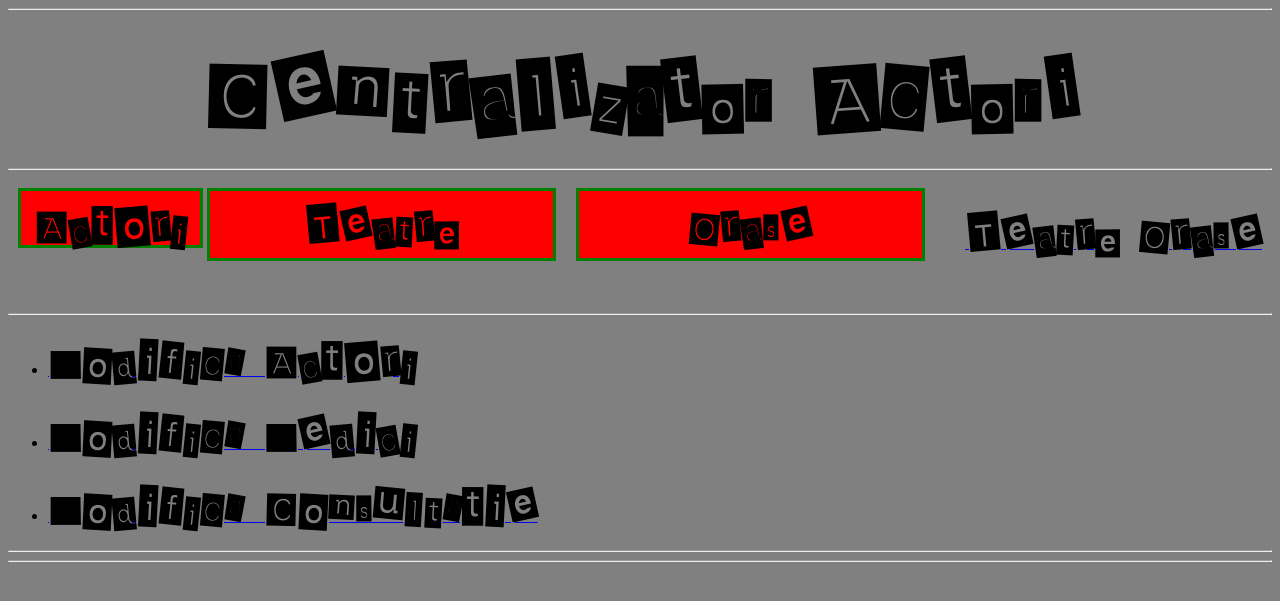
Repository: SusStefan/ActorDB
Page: Actori/src/main/webapp/index.html
The author's editor kept a copy of each file at every save. The page is drawn from the files as they stood at one save, then again after the next save.
The browser window is 1280 px wide. The pictures show the whole page.

Above is the page before, as saved 2025-12-12 21:41:20.

### Actori/src/main/webapp/index.html
<!DOCTYPE html>
<!--
To change this license header, choose License Headers in Project Properties.
To change this template file, choose Tools | Templates
and open the template in the editor.
-->
<html>
 <head>
 <title>ACTORIDB</title>
 <meta charset="UTF-8">
 <meta name="viewport" content="width=device-width, initial-scale=1.0">
 </head>
 <body>
  <hr>
 <h1 id="titlu"><b>Centralizator Actori</b></h1>
  <hr>
 <div id="butholder">
 <a href="tabela_actori.jsp">
 	<div class="cssbutton "id="Butactori"><b class="sway-text"><strong>Actori</strong></b></div>
 </a>

 <div class="cssbutton "id="Butteatre"><b><strong>Teatre</strong></b></div>
 <div class="cssbutton "id="Butorase"><b><strong>Orase</strong></b></div>
 <p> </p>
 <p> <a href="tabela_teatre.jsp"><b><strong>Teatre</strong></b></a></p>
 <p> <a href="tabela_orase.jsp"><b><strong>Orase</strong></b></a></p>
 </div>
 <br/>
 <hr>
 <ul>
 <li><a href="modifica_Pacient.jsp"><b><strong>Modifica Actori</strong></b></a></li>
 </ul>
 <ul>
 <li><a href="modifica_Medic.jsp"><b><strong>Modifica Medici</strong></b></a></li>
 </ul>
 <ul>
 <li><a href="modifica_Consultatie.jsp"><b><strong>Modifica Consultatie</strong></b></a></li>
 </ul>
 <hr>
 <hr>
 </body>
 <style>

 @font-face {
  font-family: 'Persona';            /* You give it a nickname here */
  src: url('./assets/earwig_factory/persona.otf') format('opentype'); /* Point to the file */
  font-weight: normal;
  font-style: normal;
}

 body{
 background-color: gray;
 }
 b{
 color:black;
 font-size:300%;
 font-family:Persona;
 }
 #butholder
 {
 display:flex;
 padding:10px;
 justify-content:center;
 gap:20px;
 }
 #titlu{
 text-align:center;
 font: Arial;
 text-color: red;
 }
 .cssbutton
 {
 width:100%;
 height:50%;
 background-color:red;
 padding:5px;
 border: 3px solid green;
 text-align: center;
 }



 .sway-text {
  display: inline-block; /* Required for transform to work on text spans */
  transition: color 0.3s; /* Optional: smooth color change */
  cursor: default;
}

 @keyframes sway {
  0% { transform: rotate(0deg); }
  25% { transform: rotate(5deg); }
  50% { transform: rotate(0deg); }
  75% { transform: rotate(-5deg); }
  100% { transform: rotate(0deg); }
}

 .cssbutton:hover
 {
  background-color:green;
  border: 3px solid black;
  animation: sway 2s ease-in-out infinite;
  }



 </style>
</html>

After the next save:
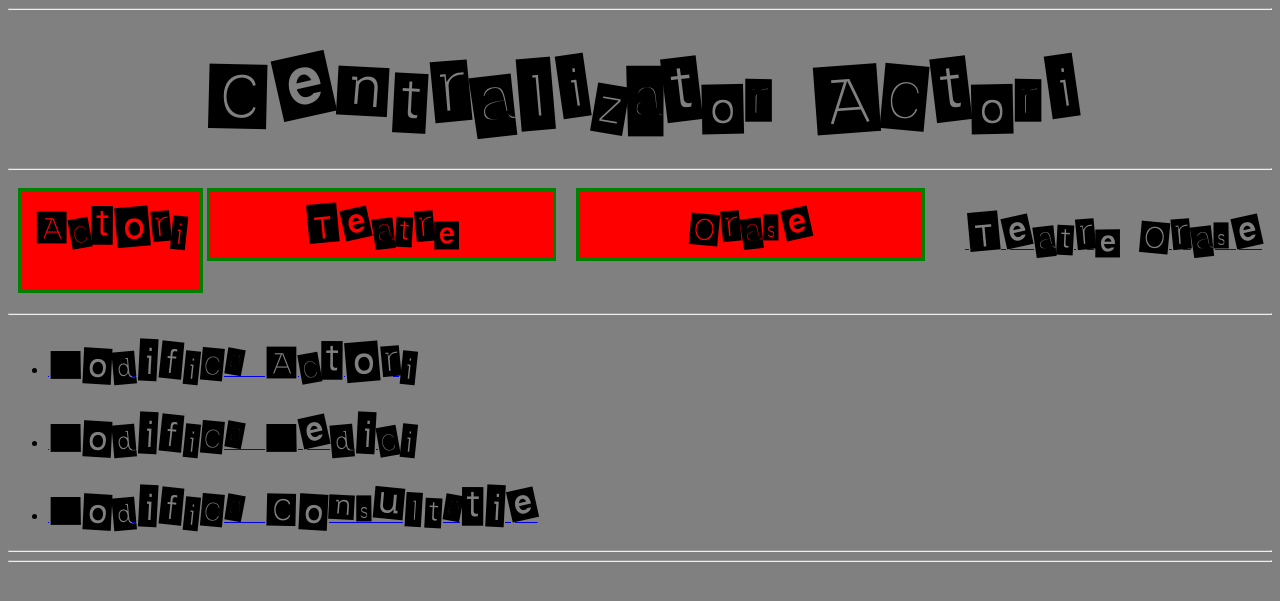
Saved 4 s later.
--- a/Actori/src/main/webapp/index.html
+++ b/Actori/src/main/webapp/index.html
@@ -71,7 +71,7 @@ and open the template in the editor.
  .cssbutton
  {
  width:100%;
- height:50%;
+ height:100%;
  background-color:red;
  padding:5px;
  border: 3px solid green;
